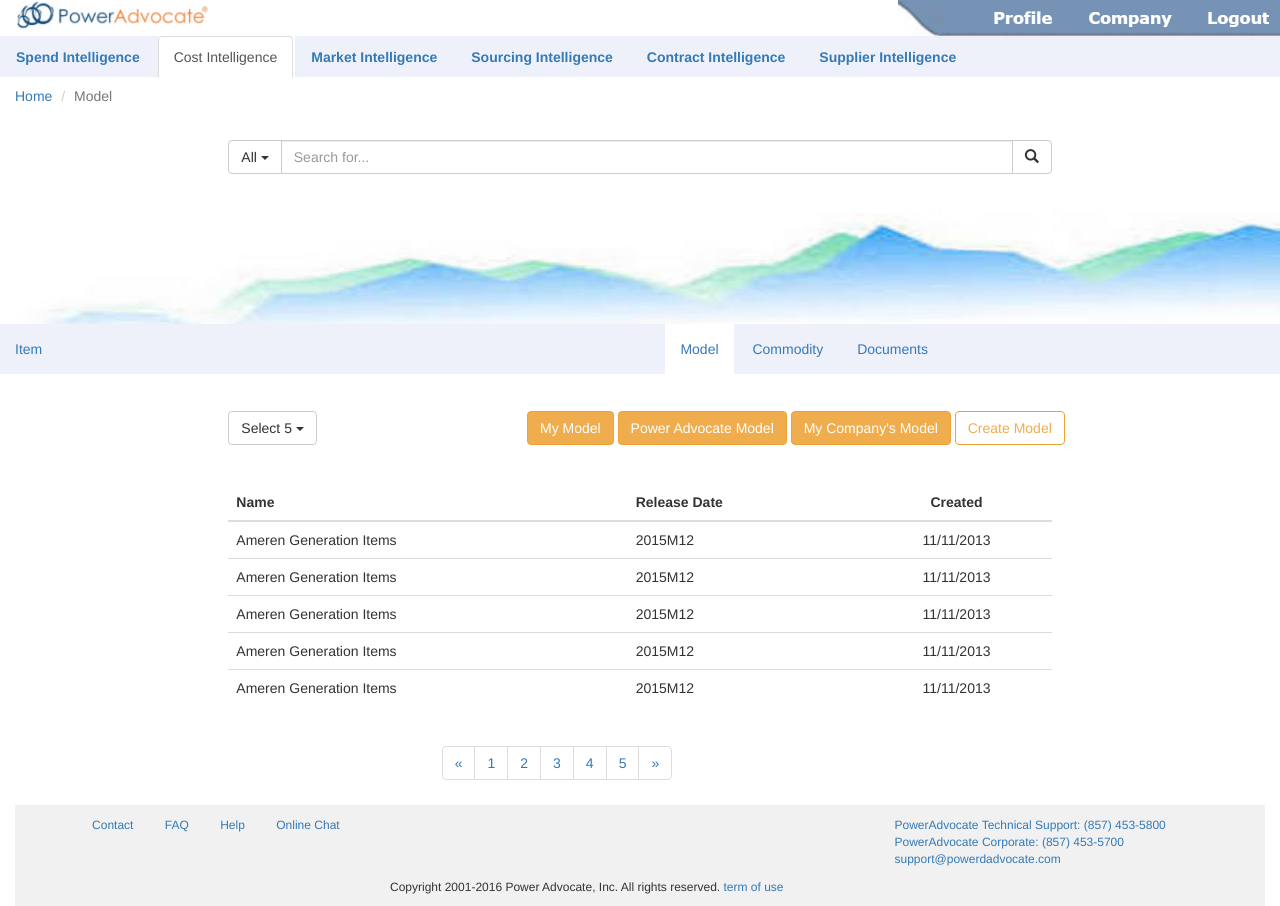
Repository: SamiraMansouri/PowerAdvocate-CostIntelligence-Application-new-Design-using-UserExperience-Method-
Page: http://localhost/PowerAdvocate/WEB-INF/views/home.jsp
These files come from the project's save history. The page is drawn as it stood at one moment and after the next save; the edit follows.
The browser window is 1280 px wide. The pictures show the whole page.
The page is served by Tomcat 9. Nobody is signed in. Other server files are loaded and not shown. The template is opened directly, without the code that normally fills it, so the values that code supplies are empty.

Above is the page before, as saved 2016-04-25 01:29:28.

### PowerAdvocate-Prototype/PowerAdvocate/src/main/webapp/WEB-INF/views/home.jsp
<!DOCTYPE html>
<html lang="en">
<head>
<title>Model</title>
<meta charset="utf-8">
<meta name="viewport" content="width=device-width, initial-scale=1">
<link rel="stylesheet"
	href="http://maxcdn.bootstrapcdn.com/bootstrap/3.3.6/css/bootstrap.min.css">
<script
	src="https://ajax.googleapis.com/ajax/libs/jquery/1.12.0/jquery.min.js"></script>
<script
	src="http://maxcdn.bootstrapcdn.com/bootstrap/3.3.6/js/bootstrap.min.js"></script>
</head>
<style>
.nav .navbar-nav>li>a:hover, .navbar-default .navbar-nav>li>a:focus {
	color: #ffff; /*Sets the text hover color on navbar*/
}

.nav .nav-tabs>.active>a, .nav .nav-tabs>.active>a:hover, .nav .nav-tabs>.active>a:focus
	{
	color: black; /*BACKGROUND color for active*/
	background-color: red;
}

.nav {
	background-color: #eff1fa;
	border-color: white;
}

.nav>li>a:hover, .nav>li>a:focus {
	text-decoration: none;
	background-color: silver; /*Change rollover cell color here*/
}

.navbar-default .navbar-nav>li>a {
	color: white; /*Change active text color here*/
}

.top-buffer {
	margin-top: 3%;
}

.nav .nav-tabs {
	display: inline-block;
	float: none;
	vertical-align: top;
}

.nav .navbar-collapse {
	text-align: center;
}

#bs-example-navbar-collapse-1 {
	padding: 0;
}

lineblue {
	border-bottom: 5pt solid black;
}

.navbar-nav {
	width: 100%;
	text-align: center; > li { float : none;
	display: inline-block;
}

}
.active {
	background-color: #fff;
}

.btn-warning.btn-outline {
	color: #f0ad4e;
}

.btn-warning.btn-outline:hover {
	color: #fff;
}

.btn-outline {
	background-color: transparent;
	color: inherit;
	transition: all .5s;
}

.footer {
	background-color: #F1F1F1;
	padding-top: 1%;
	font-size: 12px;
}

#col1 li {
	display: inline;
	text-decoration: none;
	padding-left: 5%;
}

#col1 ul {
	padding-left: 0;
}

#col2 li {
	text-decoration: none;
	padding-left: 35%;
	list-style-type: none;
}
.image
{
padding-right:0;

}
</style>
<body>

	<div class="container-fluid">
		<div class="row">
			<div class="col-md-4 ">
				<img src="resources/img/pa.png" alt="logo"
					style="width: 50%; height: 30%;">
			</div>
			<div class="col-md-8 image">
				<span class="pull-right "> <img src="resources/img/menu.png"
					class="pull-right " alt="logo" style="width: 60%; height: 30%;">
				</span>
			</div>
		</div>

		<!--end of row-->
		<div class="row">
			<ul class="nav nav-tabs">
				<li role="presentation"><a href="#"><b>Spend
							Intelligence</b></a></li>
				<li role="presentation" class="active"><a href="#">Cost
						Intelligence</a></li>
				<li role="presentation"><a href="#"><b>Market
							Intelligence</b></a></li>
				<li role="presentation"><a href="#"><b>Sourcing
							Intelligence</b></a></li>
				<li role="presentation"><a href="#"><b>Contract
							Intelligence</b></a></li>
				<li role="presentation"><a href="#"><b>Supplier
							Intelligence</b></a></li>
			</ul>
		</div>
		<!--end of row-->

		<div class="row">
			<ol class="breadcrumb"
				style="margin-bottom: 2%; background-color: #fff;">
				<li><a href="#">Home</a></li>
				<li class="active">Model</li>
			</ol>
		</div>
		<!-- bread crumb -->

		<div class="row">
			<div class="col-lg-2"></div>
			<div class="col-lg-8">
				<div class="input-group">
					<div class="input-group-btn">
						<button type="button" class="btn btn-default dropdown-toggle"
							data-toggle="dropdown" aria-haspopup="true" aria-expanded="false">
							All <span class="caret"></span>
						</button>
						<ul class="dropdown-menu">
							<li><a href="#">All</a></li>
							<li role="separator" class="divider"></li>
							<li><a href="#">Model</a></li>
							<li><a href="#">Item</a></li>
							<li><a href="#">Commodity</a></li>
						</ul>
					</div>
					<!-- btn-group -->

					<input type="text" class="form-control" placeholder="Search for..." />
					<span class="input-group-btn">
						<button class="btn btn-default" type="button">
							<span class="glyphicon glyphicon-search" aria-hidden="true"></span>
						</button>
					</span>
				</div>
				<!-- /input-group -->
			</div>
			<!-- lg-8 -->
			<div class="col-lg-2"></div>
		</div>
		<!-- /row -->

		<div class="row">
			<div class="col-md-12 image">
				<img  src="resources/img/a.jpeg" alt="logo"
					style="width: 100%; height: 150px;">
			</div>
		</div>
		<!-- row -->

		<div class="row">
			<div class=" collapse navbar-collapse "
				id="bs-example-navbar-collapse-1">
				<ul class="nav navbar-nav">
				<li><a href="#"></a></li>
				<li><a href="#"></a></li>
				<li><a href="#"></a></li>
				<li><a href="#"></a></li>
				<li><a href="#"></a></li>
				<li><a href="#"></a></li>
				<li><a href="#"></a></li>
				<li><a href="#"></a></li>
					<li class="active"><a href="#">Model</a></li>
					<li class="pull-left"><a href="/prototype/Item">Item</a></li>
					<li><a href="/prototype/Commodity">Commodity</a></li>
					<li><a href="/prototype/Documents">Documents</a></li>
				</ul>
			</div>
			<!-- /.navbar-collapse -->
		</div>

		<div class="row top-buffer ">
			<div class="col-md-2"></div>
			<div class="col-md-2">

				<div class="dropdown pull-left ">
					<button class="btn btn-default dropdown-toggle" type="button"
						id="dropdownMenu2" data-toggle="dropdown" aria-haspopup="true"
						aria-expanded="false">
						Select 5 <span class="caret"></span>
					</button>
					<ul class="dropdown-menu" aria-labelledby="dropdownMenu2">
						<li><a href="#">Select 5</a></li>
						<li><a href="#">Select 10</a></li>
						<li><a href="#">Select 50</a></li>
						<li><a href="#">Select 100</a></li>
					</ul>
				</div>
			</div>
			<div class="col-md-6 pull-right" style="margin-right:10%">
				<button type="Button" class="btn btn-warning">My Model</button>
				<button type="Button" class="btn btn-warning">Power
					Advocate Model</button>
				<button type="Button" class="btn btn-warning">My Company's
					Model</button>
				<a class="btn btn-warning btn-outline ">Create Model</a>
			</div>
<div class="col-md-2"></div>
		</div>



	<div class="row top-buffer x">
		<div class="col-sm-2"></div>
		<div class="col-sm-8">
			<table class="table table-hover">
				<thead>
					<tr>
						<th>Name</th>
						<th >Release Date</th>
						<th style="text-align:center;">Created</th>
					</tr>
				</thead>
				<tbody>
					<tr>
						<td>Ameren Generation Items</td>
						<td>2015M12</td>
						<td style="text-align:center;">11/11/2013</td>
					</tr>
					<tr>
						<td>Ameren Generation Items</td>
						<td>2015M12</td>
						<td style="text-align:center;">11/11/2013</td>
					</tr>
					<tr>
						<td>Ameren Generation Items</td>
						<td>2015M12</td>
						<td style="text-align:center;">11/11/2013</td>
					</tr>
					<tr>
						<td>Ameren Generation Items</td>
						<td>2015M12</td>
						<td style="text-align:center;">11/11/2013</td>
					</tr>
					<tr>
						<td>Ameren Generation Items</td>
						<td>2015M12</td>
						<td style="text-align:center;">11/11/2013</td>
					</tr>
				</tbody>
			</table>
		</div>
		<div class="col-md-2"></div>
	</div>

	<!--  -->
	<div class="row">
		<div class="col-md-2"></div>
		<div class="col-md-2"></div>
		<div class="col-md-8 ">
			<nav>
				<ul class="pagination">
					<li><a href="#" aria-label="Previous"> <span
							aria-hidden="true">&laquo;</span>
					</a></li>
					<li><a href="#">1</a></li>
					<li><a href="#">2</a></li>
					<li><a href="#">3</a></li>
					<li><a href="#">4</a></li>
					<li><a href="#">5</a></li>
					<li><a href="#" aria-label="Next"> <span
							aria-hidden="true">&raquo;</span>
					</a></li>
				</ul>
			</nav>
		</div>
	</div>
	<!--pagination-->
	<!--footer-->
	<div class="footer">
		<div class="row ">
			<div class="col-md-6" id="col1" style="padding-left: 5%;">
				<ul>
					<li><a src="#"> Contact</a></li>
					<li><a src="#"> FAQ </a></li>
					<li><a src="#"> Help</a></li>
					<li><a src="#"> Online Chat</a></li>
				</ul>
			</div>

			<div class="col-md-6" id="col2">
				<ul>
					<li><a src="#"> PowerAdvocate Technical Support: (857)
							453-5800</a></li>
					<li><a src="#"> PowerAdvocate Corporate: (857) 453-5700 </a></li>
					<li><a src="#"> support@powerdadvocate.com</a></li>
				</ul>
			</div>
		</div>
		<div class="row">
			<div class="col-md-12">
				<p style="padding-left: 30%;">
					Copyright 2001-2016 Power Advocate, Inc. All rights reserved.<a
						src="#"> term of use </a>
				</p>
			</div>
		</div>
	</div>
	<!-- end of footer-->


	</div>
</body>
</html>

After the next save:
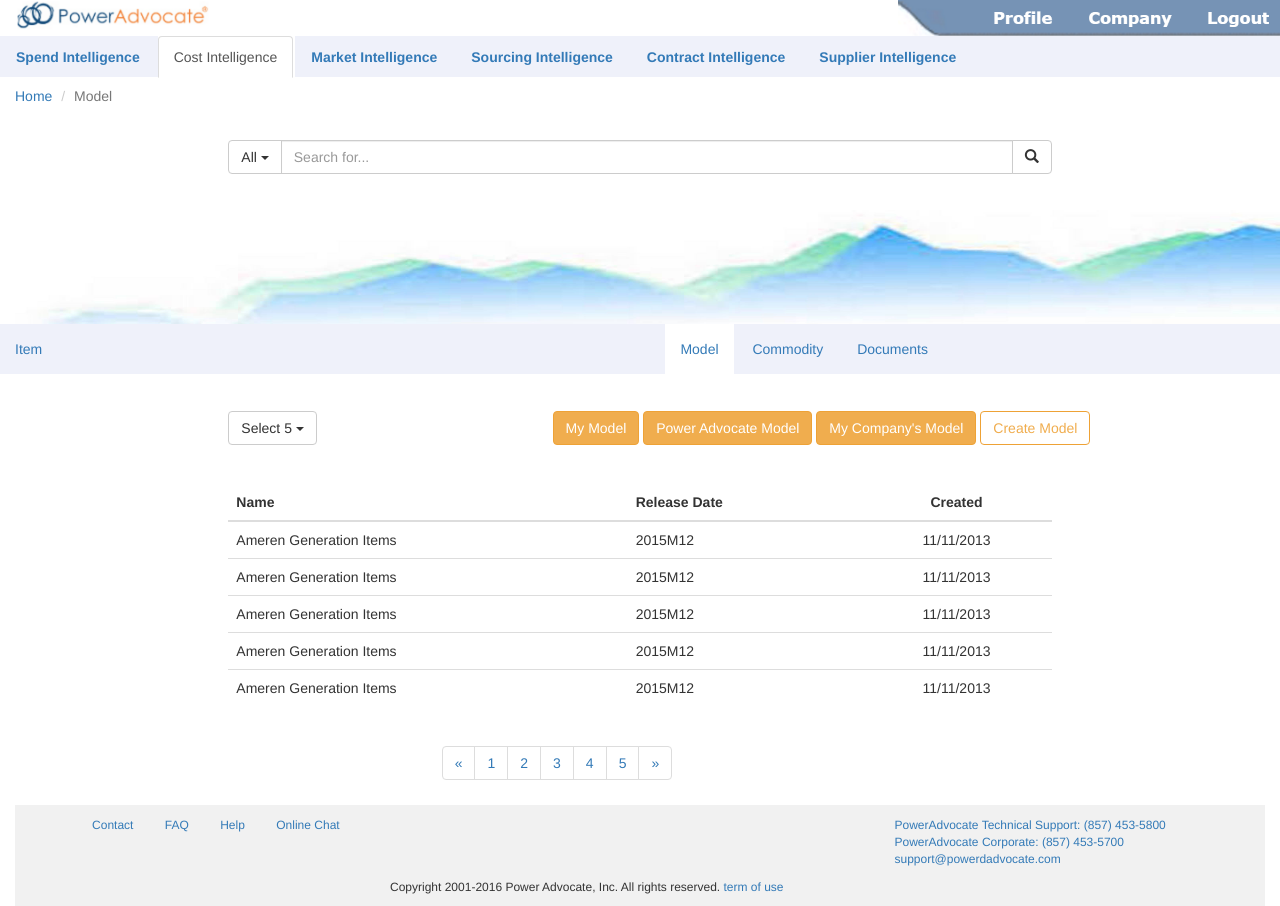
Saved 10 s later.
--- a/PowerAdvocate-Prototype/PowerAdvocate/src/main/webapp/WEB-INF/views/home.jsp
+++ b/PowerAdvocate-Prototype/PowerAdvocate/src/main/webapp/WEB-INF/views/home.jsp
@@ -233,7 +233,7 @@
 					</ul>
 				</div>
 			</div>
-			<div class="col-md-6 pull-right" style="margin-right:10%">
+			<div class="col-md-6 pull-right" style="margin-right:8%">
 				<button type="Button" class="btn btn-warning">My Model</button>
 				<button type="Button" class="btn btn-warning">Power
 					Advocate Model</button>
